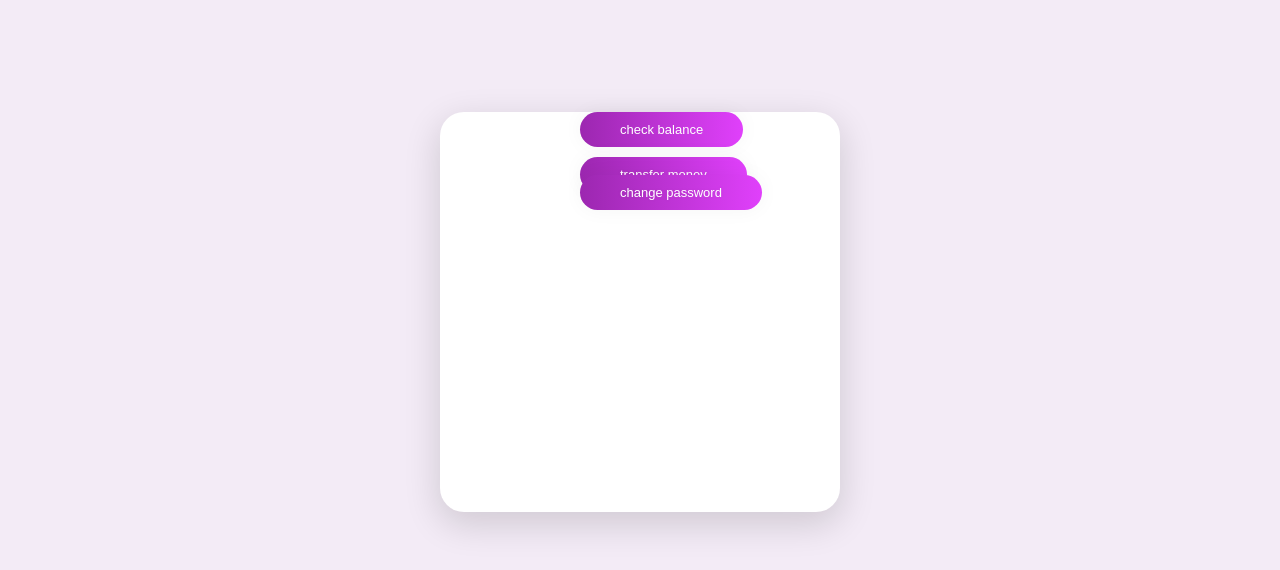
Repository: anujs099/bankingapp
Page: banking-application-final/WebContent/homepage.html
An editor plug-in stored every save of this project. The page is shown before and after the next save, followed by the edit.
The browser window is 1280 px wide. The pictures show the whole page.
Some web fonts or font styles are not loaded; a fallback is used.

Above is the page before, as saved 2021-03-07 17:19:54.

### banking-application-final/WebContent/homepage.html
<!DOCTYPE html>
<html>
<head>
  <link href="https://fonts.googleapis.com/css?family=Ubuntu" rel="stylesheet">
  <link rel="stylesheet" href="path/to/font-awesome/css/font-awesome.min.css">
	<link rel="stylesheet" href="LoginFile.css">

<meta charset="ISO-8859-1">
<title>Insert title here</title>
<style>
.submit{

}
</style>
</head>
<body>
<div class="main">
<form action="checkbalance" method="post" style="margin-top:40px">
<input type="submit" value="check balance" class="submit"><br><br>
</form>
<a href="transfer.html" class="submit">transfer money</a>
<a href="changepassword.html" class="submit">change password</a>
</div>
</body>
</html>

### banking-application-final/WebContent/LoginFile.css
@charset "ISO-8859-1";
 body {
        background-color: #F3EBF6;
        font-family: 'Ubuntu', sans-serif;
    }

    .main {
        background-color: #FFFFFF;
        width: 400px;
        height: 400px;
        margin: 7em auto;
        border-radius: 1.5em;
        box-shadow: 0px 11px 35px 2px rgba(0, 0, 0, 0.14);
    }

    .sign {
        padding-top: 40px;
        color: #8C55AA;
        font-family: 'Ubuntu', sans-serif;
        font-weight: bold;
        font-size: 23px;
    }

    .un {
    width: 76%;
    color: rgb(38, 50, 56);
    font-weight: 700;
    font-size: 14px;
    letter-spacing: 1px;
    background: rgba(136, 126, 126, 0.04);
    padding: 10px 20px;
    border: none;
    border-radius: 20px;
    outline: none;
    box-sizing: border-box;
    border: 2px solid rgba(0, 0, 0, 0.02);
    margin-bottom: 50px;
    margin-left: 46px;
    text-align: center;
    margin-bottom: 27px;
    font-family: 'Ubuntu', sans-serif;
    }

    form.form1 {
        padding-top: 40px;
    }

    .pass {
            width: 76%;
    color: rgb(38, 50, 56);
    font-weight: 700;
    font-size: 14px;
    letter-spacing: 1px;
    background: rgba(136, 126, 126, 0.04);
    padding: 10px 20px;
    border: none;
    border-radius: 20px;
    outline: none;
    box-sizing: border-box;
    border: 2px solid rgba(0, 0, 0, 0.02);
    margin-bottom: 50px;
    margin-left: 46px;
    text-align: center;
    margin-bottom: 27px;
    font-family: 'Ubuntu', sans-serif;
    }


    .un:focus, .pass:focus {
        border: 2px solid rgba(0, 0, 0, 0.18) !important;

    }

    .submit {
      cursor: pointer;
        border-radius: 5em;
        color: #fff;
        background: linear-gradient(to right, #9C27B0, #E040FB);
        border: 0;
        padding-left: 40px;
        padding-right: 40px;
        padding-bottom: 10px;
        padding-top: 10px;
        font-family: 'Ubuntu', sans-serif;
        margin-left: 35%;
        font-size: 13px;
        box-shadow: 0 0 20px 1px rgba(0, 0, 0, 0.04);
    }

    .forgot {
        text-shadow: 0px 0px 3px rgba(117, 117, 117, 0.12);
        color: #E1BEE7;
        padding-top: 15px;
    }

    a {
        text-shadow: 0px 0px 3px rgba(117, 117, 117, 0.12);
        color: #E1BEE7;
        text-decoration: none
    }

    @media (max-width: 600px) {
        .main {
            border-radius: 0px;
        }

    }

After the next save:
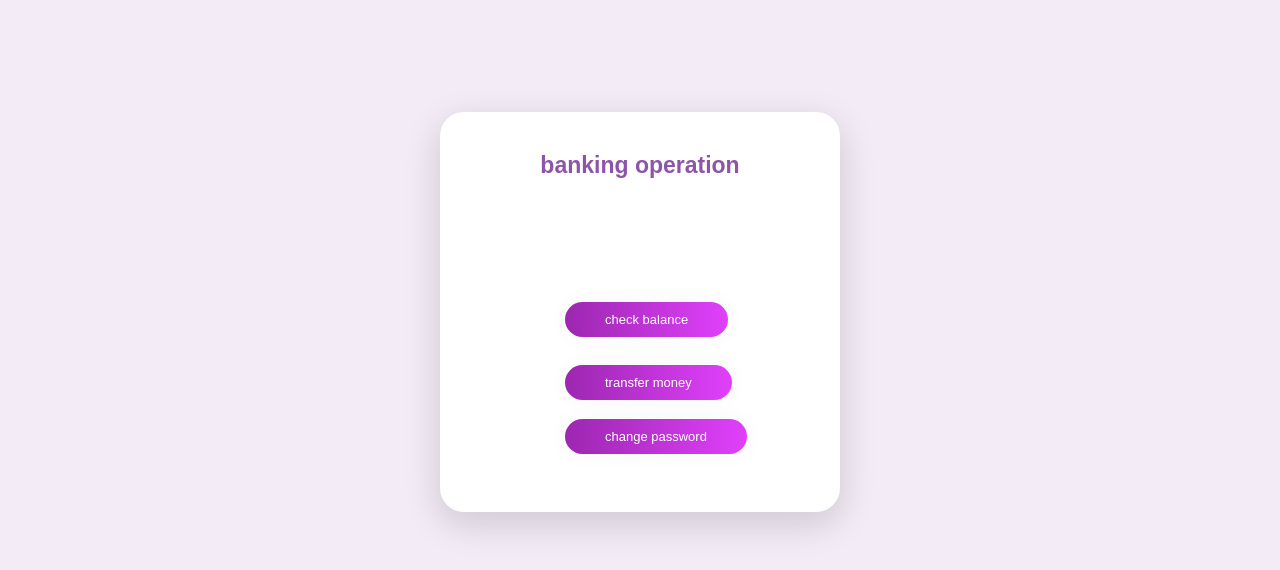
Saved 9 min 29 s later.
--- a/banking-application-final/WebContent/homepage.html
+++ b/banking-application-final/WebContent/homepage.html
@@ -9,17 +9,20 @@
 <title>Insert title here</title>
 <style>
 .submit{
-
+position:relative;
+top:100px;
+left:-15px;
 }
 </style>
 </head>
 <body>
-<div class="main">
-<form action="checkbalance" method="post" style="margin-top:40px">
-<input type="submit" value="check balance" class="submit"><br><br>
+<div class="main" >
+<p class="sign" style="text-align: center;">banking operation</p>
+<form action="checkbalance" method="post">
+<input type="submit" value="check balance" class="submit" ><br><br><br>
 </form>
-<a href="transfer.html" class="submit">transfer money</a>
-<a href="changepassword.html" class="submit">change password</a>
+<a href="transfer.html" class="submit">transfer money</a><br><br><br>
+<a href="changepassword.html" class="submit">change password</a><br>
 </div>
 </body>
 </html>
